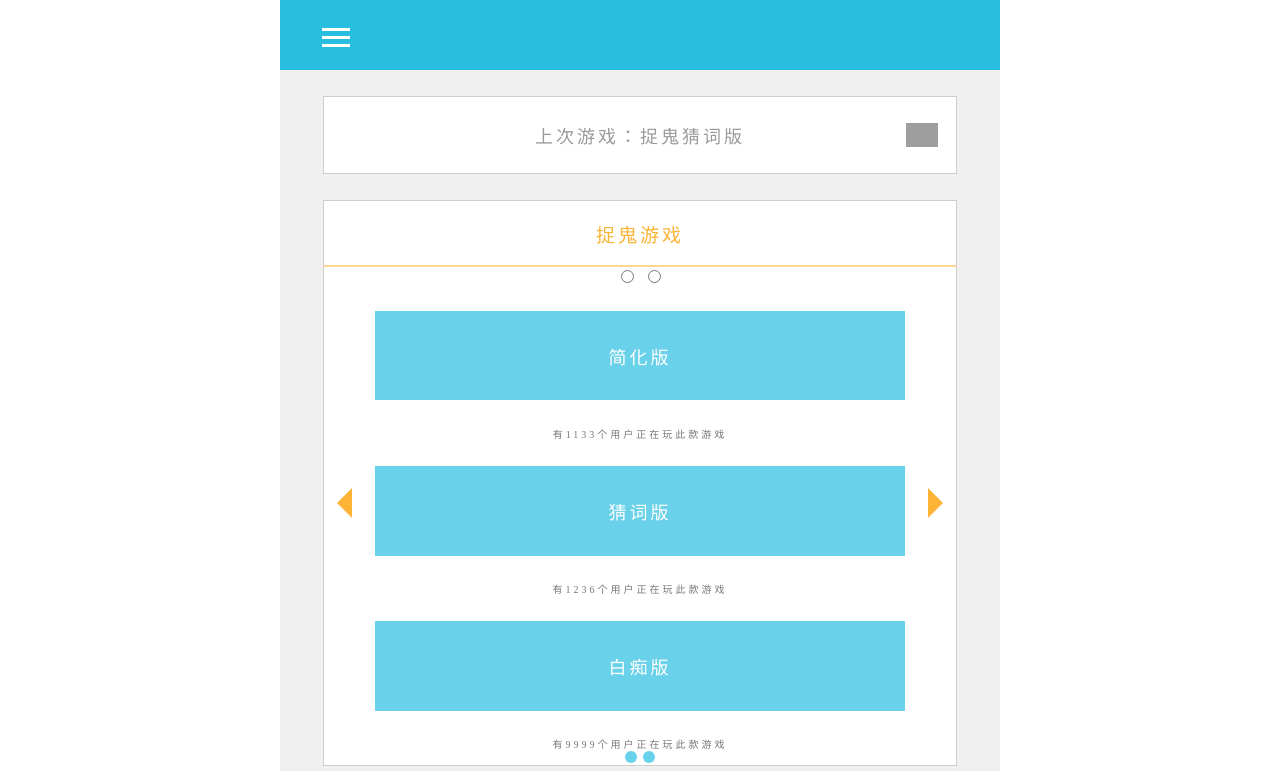
Repository: leozhangpd/My-Codes
Page: JS/two-project/home_page.html
The author's editor kept a copy of each file at every save. The page is drawn from the files as they stood at one save, then again after the next save.
The browser window is 1280 px wide. The pictures show the whole page.
Pictures or frames that could not be fetched are drawn as grey boxes.

Above is the page before, as saved 2020-11-06 16:51:44.

### JS/two-project/home_page.html
<!DOCTYPE html>
<html lang="en">
<head>
    <meta charset="UTF-8">
    <meta name="viewport" content="width=device-width,initial-scale=1.0,maximum-scale=1.0,user-scalable=0" />
    <link rel="stylesheet" href="css/home_page.css" type="text/css" >
    <title>版本选择</title>
    <style></style>
</head>
<body>
    <header>
        <button>
            <div></div>
            <div></div>
            <div></div>
        </button>
    </header>
    <main>
        <div class="review">
            <span>上次游戏：捉鬼猜词版</span>
        </div>
        <div class="content">
            <div class="title">
                <span>捉鬼游戏</span>
            </div>
            <input type="radio" name="change" id="change-1"/>
            <input type="radio" name="change" id="change-2"/>
            <div id="slider">
                <ul class="list" id="out">
                    <li><a href="#" id="in">简化版</a></li>
                    <li>有1133个用户正在玩此款游戏</li>
                    <li><a href="#">猜词版</a></li>
                    <li>有1236个用户正在玩此款游戏</li>
                    <li><a href="#">白痴版</a></li>
                    <li>有9999个用户正在玩此款游戏</li>
                </ul>
                <ul class="list" id="out">
                    <li><a href="#" id="in-2">简化版</a></li>
                    <li>有1113个用户正在玩此款游戏</li>
                    <li><a href="#">警版</a></li>
                    <li>有1636个用户正在玩此款游戏</li>
                    <li><a href="#">3.0 版</a></li>
                    <li>有9698个用户正在玩此款游戏</li>
                </ul>
            </div>
            <div class="arrow">
                 <label for="change-1"></label>
                 <label for="change-2"></label>
            </div>
            <div class="page">
                <label for="change-1"></label>
                <label for="change-2"></label>
            </div>
        </div>
    </main>
</body>
</html>

### JS/two-project/css/home_page.css
ul{list-style-type: none;margin: 0;padding: 0;}
button{outline: none;border:none;}
a:link,a:visited,a:hover,a:active {text-decoration:none;color: #fff;}
html{
    font-size: 62.5%;
    background: #fff;
    height: 100vh;
}
body{
    height: 100%;
    margin:0 auto;
    padding-bottom: 4%;
    max-width: 720px;
    min-width: 320px;
    background: #f0f0f0;
}
header{
    padding: 3% 5%;
    background-color: #29bde0;
}
header>button{
    width: 4rem;;
    background-color: rgba(0, 0, 0, 0);
}
header>button div{
    margin-top: .5rem;
    height: .3rem;
    background-color: #fff;
}
main{
    margin:0 6%;
    width:88%;
}
.review{
    padding:4% 0;
    background: url("../images/home_page-2.png") no-repeat 97% 50%/5%;
}
.review>span{/*review__content*/
    font-size: 18px;
    color: #9a9a9a;
}
.review,.content{
    background-color: #ffffff;
    margin-top: 4%;
    text-align: center;
    border: 1px double #cecece;
    letter-spacing: 3px;
}
.content{
    position: relative;
}
.title{/*content__title*/
    padding:3% 0;
    font-size: 19px;
    color: #fbb435;
    border-bottom: 0.2rem solid #fdd793;
}
#slider{
    white-space: nowrap;
    overflow: hidden;
}
.list{
    display: inline-block;
    width: 100%;
    transition: all .5s;
}
.list>li{/*content__option*/
    margin: 4% 8% 0 8%;
}
.list>li:nth-child(odd){/*option__btn*/
    background: #69d1e9;
    font-size: 18px;
    color: #fff;
}
.list>li:nth-child(odd)>a{
    display: block;
    padding:6% 0;
}
.list>li:nth-child(even){/*option__hint*/
    color: #787878;
}
/* input{display: none;} */
.page>label{/*page__dot*/
    display: inline-block;
    padding-top: 12px;
    width:12px;
    background: #69d1e9;
    border-radius: 50%;
    transition: all .2s;
}
.page>label:hover{
    background: #2e2bda;
}
.arrow>label{
    position: absolute;
    top: 51%;
    border-style:solid;
}
.arrow>label:nth-child(1){
    left: 2%;
    border-width:15px 15px 15px 0;
    border-color:transparent #fbb435 transparent transparent;/*透明 透明 透明 橘*/
}
.arrow>label:nth-child(2){
    right: 2%;
    border-width:15px 0 15px 15px;
    border-color:transparent transparent transparent #fbb435;/*透明 透明 透明 橘*/
}

After the next save:
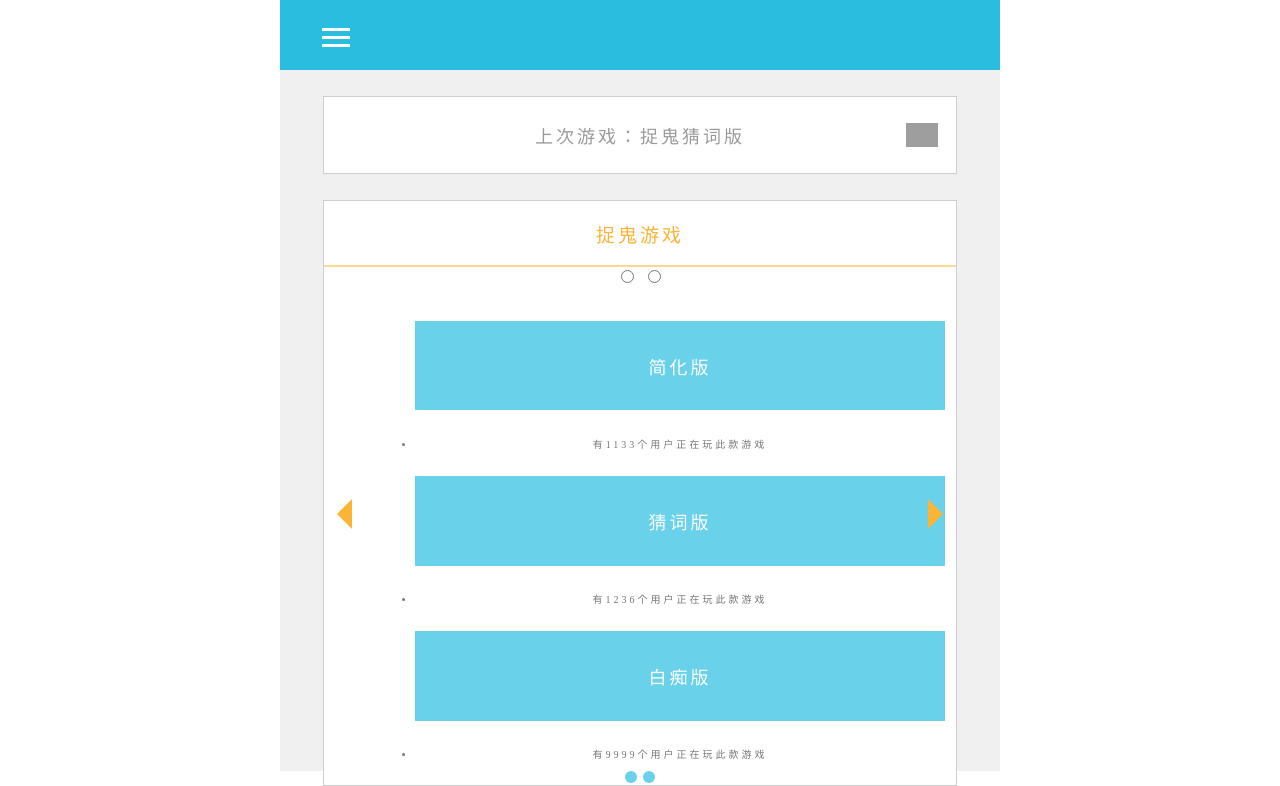
Saved 7 s later.
--- a/JS/two-project/css/home_page.css
+++ b/JS/two-project/css/home_page.css
@@ -1,4 +1,3 @@
-ul{list-style-type: none;margin: 0;padding: 0;}
 button{outline: none;border:none;}
 a:link,a:visited,a:hover,a:active {text-decoration:none;color: #fff;}
 html{

After the 2 saves that followed:
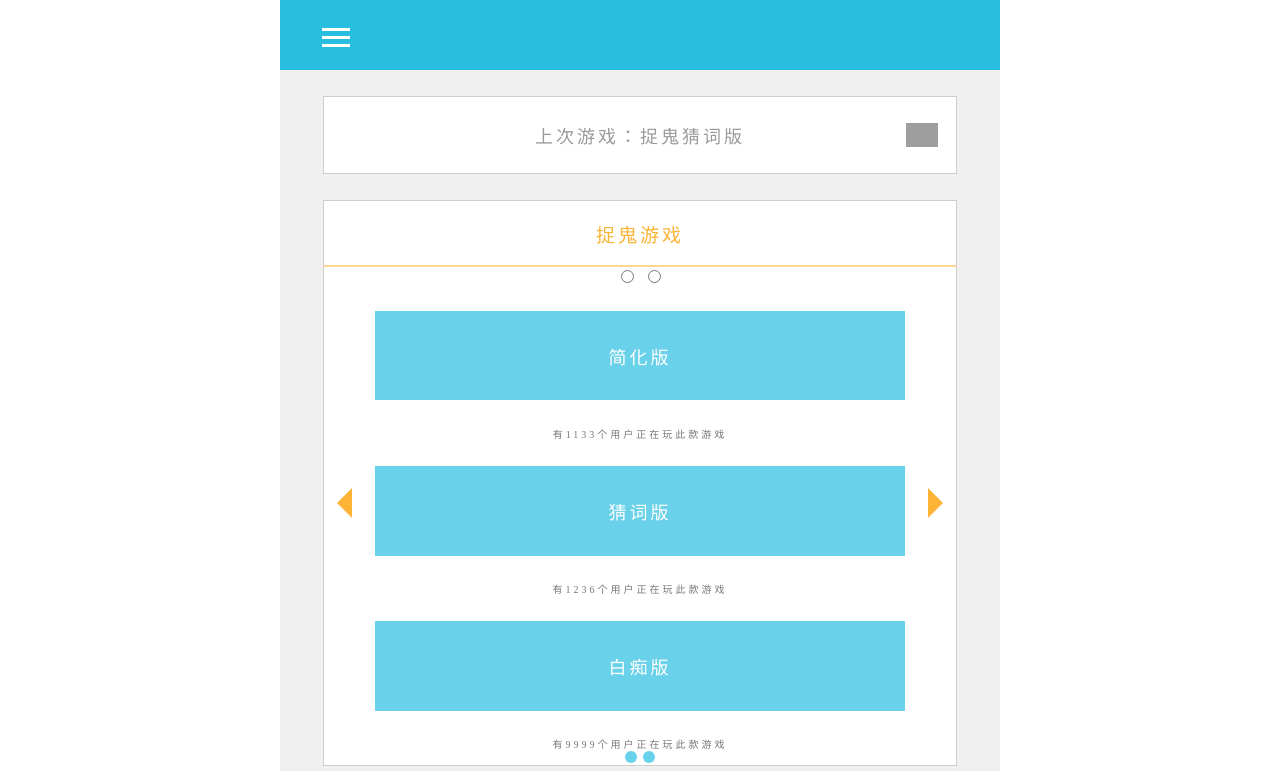
The 2 saves are shown as one change because they came seconds apart.
The last was saved 6 s later.
--- a/JS/two-project/home_page.html
+++ b/JS/two-project/home_page.html
@@ -5,7 +5,9 @@
     <meta name="viewport" content="width=device-width,initial-scale=1.0,maximum-scale=1.0,user-scalable=0" />
     <link rel="stylesheet" href="css/home_page.css" type="text/css" >
     <title>版本选择</title>
-    <style></style>
+    <style>
+    ul{list-style-type: none;margin: 0;padding: 0;}
+    </style>
 </head>
 <body>
     <header>
